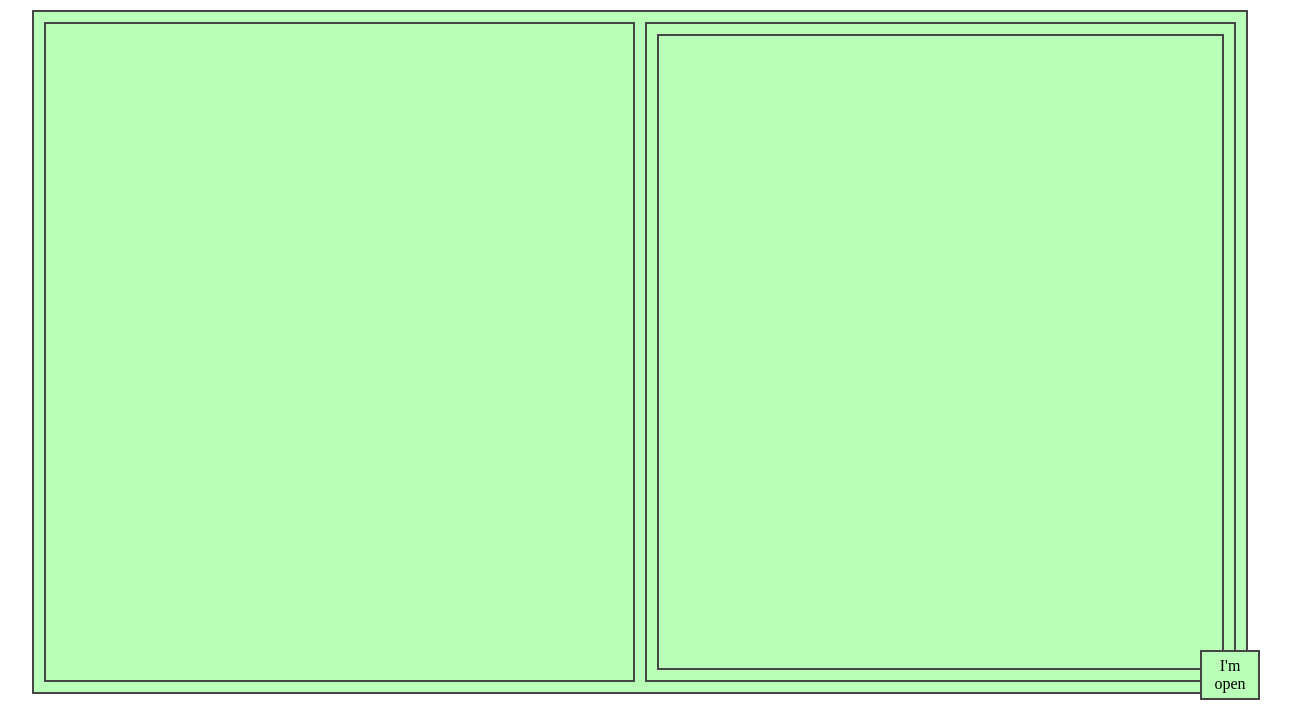
Repository: tannerbroberts/tannerbroberts.github.io
Page: /
An editor plug-in stored every save of this project. The page is shown before and after a run of saves, followed by the edit.
The browser window is 1280 px wide. The page is 1280 px wide, then 1290 px, so the pictures cover 1290 px, including what lies to the right of the window. The pictures show the whole page.
The project was rebuilt for these pictures with package versions that can differ from the ones it lists, and the page was loaded fresh each time. Also part of the build but not shown: vite.config.ts.

Above is the page before, as saved 2022-10-04 10:11:31.

### src/index.js
import React from "react"
import ReactDOM from "react-dom/client"
import App from "./App"
import ATP_ContextProvider from "./providers/ATP_Context"

const root = ReactDOM.createRoot(document.getElementById("root"))
root.render(
	<React.StrictMode>
		<ATP_ContextProvider>
			<React.StrictMode>
				<App />
			</React.StrictMode>
		</ATP_ContextProvider>
	</React.StrictMode>
)

### src/App.js
import React from "react"
import { cssHelper } from "./api/cssHelper"
import Main from "./components/Main"
import Shelf from "./components/Shelf"

function App() {
	const AppCSS = {
		...cssHelper,
		height: "95vh",
		width: "95vw",
		marginTop: "10px",
		display: "flex",
	}

	return (
		<div style={AppCSS}>
			<Main />
			<Shelf />
		</div>
	)
}

export default App

### src/providers/ATP_Context.js
/* eslint-disable react/prop-types */
import React, { useContext, useReducer, createContext } from "react"
import ATP_Reducer, { initialState } from "./ATP_Reducer"

export const ATP_StateContext = createContext()
export const ATP_DispatchContext = createContext()

export default function ATP_ContextProvider({ children }) {
	const [state, dispatch] = useReducer(ATP_Reducer, initialState)

	return (
		<ATP_StateContext.Provider value={state}>
			<ATP_DispatchContext.Provider value={dispatch}>
				{children}
			</ATP_DispatchContext.Provider>
		</ATP_StateContext.Provider>
	)
}

export const useATP_StateContext = () => useContext(ATP_StateContext)
export const useATP_DispatchContext = () =>
	useContext(ATP_DispatchContext)

### src/api/cssHelper.js
export const cssHelper = {
	boxSizing: "border-box",

	height: "100%",
	width: "100%",
	// border: "2px solid black",
	margin: "auto",
	padding: "10px",
	gap: "10px",
	display: "grid",
	// gridTemplateRows / gridTemplateColumns
	gridTemplate: "1fr / 1fr",
	backgroundColor: "rgb(185, 255, 183)",
	border: "2px solid rgb(69, 69, 69)",
}

export const mainColor = {
	backgroundColor: "blue",
}

### src/components/Shelf/index.js
export { default } from "./Shelf"

### src/providers/ATP_Reducer.js
export const initialState = {
	mainStack: [
		/* main frames */
		{ frameType: "", value: "" },
	],
	shelf: {
		/* directly corresponds to the main frame */
	},
	shelfOpen: true,
	library: [
		/* All items live here. Eventually, they're going to be returned from the server */
	],
	filters: [
		/* object list of matchers
		{complexVariableMatcher: criteria list}
		{nameContains: STRING},
		{containsVariable: VARIABLE_ID},
		{color: COLOR},
		{pattern: PATTERN},
		{owner: USER_ID},
		{createdBy: DATE},
		{length: TIME_LENGTH},
		{pattern: PATTERN},
		*/
	],
}

function loadFrame(state, action) {
	const stack = state.mainFrame
	stack.push(action.value)
	return { ...state, mainFrame: stack }
}

function closeFrame(state) {
	const stack = state.mainFrame
	stack.pop()
	return { ...state, mainFrame: stack }
}

function toggleShelf(state) {
	return { ...state, shelfOpen: !state?.shelfOpen }
}

const dispatchDictionary = {
	LOAD_FRAME: loadFrame,
	CLOSE_FRAME: closeFrame,
	TOGGLE_SHELF: toggleShelf,
}

export default function ATP_Reducer(state, action) {
	console.log('calling a reducer function now')
	if (action.type && dispatchDictionary[action.type])
		return dispatchDictionary[action.type](state, action)
}

### src/components/Main/Main.js
import React from "react"
import { cssHelper } from "../../api/cssHelper"

const MainCSS = {
	...cssHelper,
	width: "100%",
}

export default function Main() {
	return <div style={MainCSS} />
}

### src/components/Shelf/Shelf.js
/* eslint-disable react/prop-types */
import React from "react"
import { cssHelper } from "../../api/cssHelper"
import ShelfToggle from "./ShelfToggle"
import { useATP_StateContext } from "../../providers/ATP_Context"

const shelfContentCSS = (openStatus) => {
	const obj = { ...cssHelper }
	openStatus ? '' : (obj.display = "none")

	return obj
}

const shelfCSS = (openStatus) => {
	const obj = { ...cssHelper }
	openStatus ? obj.left = "10px" : (obj.left = "-1000px")

	return obj
}

export default function Shelf() {
	const { shelfOpen } = useATP_StateContext()

	return (
		<div style={shelfCSS(shelfOpen)}>
			<div style={shelfContentCSS(shelfOpen)}></div> {/** content area */}
			<ShelfToggle />
		</div>
	)
}

### src/components/Shelf/ShelfToggle/index.js
export { default } from './ShelfToggle'

### src/components/Shelf/ShelfToggle/ShelfToggle.js
/* eslint-disable react/prop-types */
import React from "react"
import { useATP_StateContext } from "../../../providers/ATP_Context"
import { useATP_DispatchContext } from "../../../providers/ATP_Context"
import { cssHelper } from '../../../api/cssHelper'

export default function ShelfToggle() {
	const state = useATP_StateContext()
	const dispatch = useATP_DispatchContext()

	const shelfToggleCSS = {
		...cssHelper,
		position: "absolute",
		bottom: "20px",
		right: "20px",
		height: "50px",
		width: "60px",
		padding: "5px",
		textAlign: "center",
	}

	return (
		<div
			style={shelfToggleCSS}
			onClick={() => dispatch({ type: "TOGGLE_SHELF" })}
		>
			{state?.shelfOpen ? "I'm open" : "I'm closed"}
		</div>
	)
}

Loaded but not shown: public/index.html (common file); src/components/Main/index.js (common file)

After the next 2 saves:
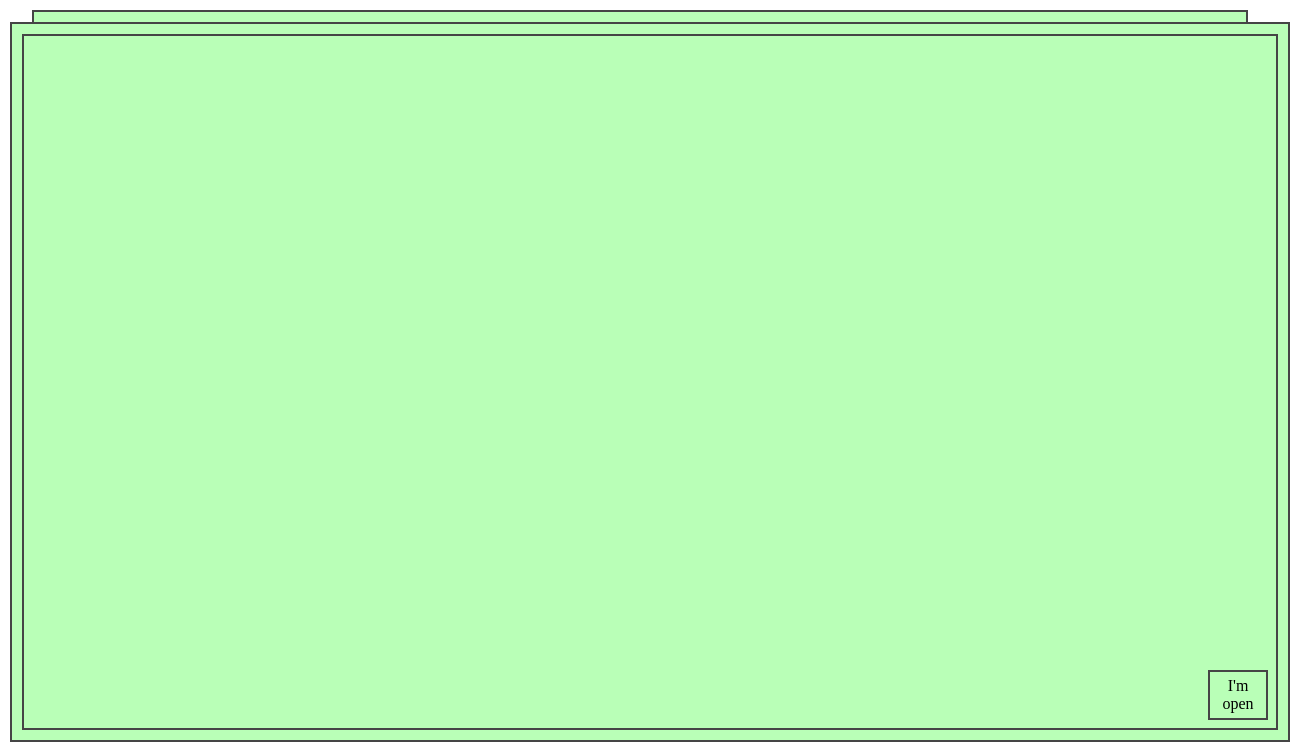
The 2 saves are shown as one change because 1 did not build or start.
The last was saved 28 s later.
--- a/src/components/Shelf/Shelf.js
+++ b/src/components/Shelf/Shelf.js
@@ -12,7 +12,7 @@ const shelfContentCSS = (openStatus) => {
 }
 
 const shelfCSS = (openStatus) => {
-	const obj = { ...cssHelper }
+	const obj = { ...cssHelper, position: "absolute" }
 	openStatus ? obj.left = "10px" : (obj.left = "-1000px")
 
 	return obj
